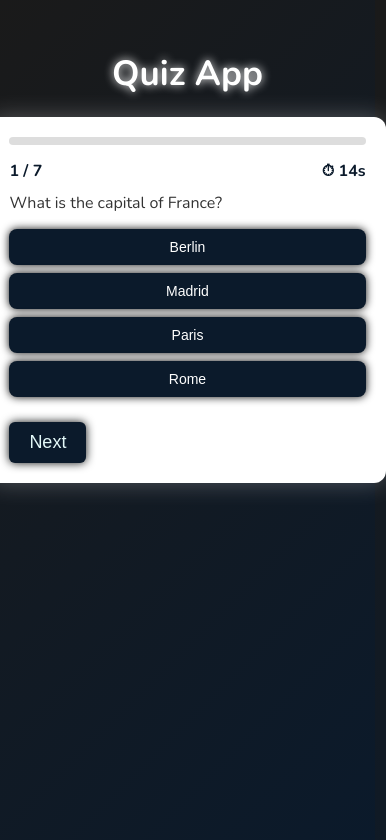
Repository: fatimaqueen9967-eng/SyntacexhubQuizApp
Page: index.html
The author's editor kept a copy of each file at every save. The page is drawn from the files as they stood at one save, then again after a run of saves.
The browser window is 375 px wide. The page is 386 px wide, then 384 px, so the pictures cover 386 px, including what lies to the right of the window. The pictures show the whole page.
After loading, the first visible `#startBtn` was clicked once.

Above is the page before, as saved 2026-03-15 21:52:05.

### index.html
<!DOCTYPE html>
<html lang="en">
<head>
<meta charset="UTF-8">
<meta name="viewport" content="width=device-width, initial-scale=1.0">
<title>Quiz App</title>
<link rel="stylesheet" href="style.css">
</head>

<body>

<h1 class="title">Quiz App</h1>

<!-- START SCREEN -->

<div id="startScreen" class="start-screen">

<h2>Welcome to the Quiz</h2>

<p>Total Questions: <span id="totalQ"></span></p>
<p>Time per Question: 15 seconds</p>

<button id="startBtn">Start Quiz</button>

</div>

<!-- QUIZ BOX -->

<div class="box hidden">

<div class="progress-bar">
<div id="progress"></div>
</div>

<div class="top-bar">
<span id="counter"></span>
<span id="timer">⏱ 15s</span>
</div>

<div id="question"></div>

<div id="options" class="options"></div>

<div id="answer-info"></div>

<button id="nextBtn">Next</button>

</div>

<!-- RESULT -->

<div id="result" class="result-box hidden">

<div class="circle">
<span id="scorePercent">0%</span>
</div>

<h2>Quiz Result</h2>

<p id="correct"></p>
<p id="wrong"></p>

<button onclick="location.reload()" style="background-color: #f2eff5; color: rgb(8, 8, 8); padding: 10px 20px; border: none; border-radius: 6px; cursor: pointer; font-size: 18px; box-shadow: 0 0 10px rgba(243, 241, 241, 0.3);">Restart Quiz</button>

</div>

<script src="script.js"></script>

</body>
</html>

### style.css

@import url('https://fonts.googleapis.com/css2?family=Nunito:wght@400;600;700;800;900&display=swap');
body{
/* background:linear-gradient(135deg,#89039b,#83005c); */
background: linear-gradient(135deg, #1a1a1a, #0b1a2b);
/* #1a1a1a = dark gray, #0b1a2b = navy */
font-family:Nunito;
display:flex;
flex-direction:column;
align-items:center;
/* justify-content:center; */
min-height:100vh;
margin:0;
color:white;
padding-top: 40px;
}

/* TITLE */

.title{
margin-bottom:20px;
text-shadow:0 0 10px white;
font-size: 50px;
}


/* START SCREEN */

.start-screen{
background:rgba(255,255,255,0.1);
padding:40px;
border-radius:15px;
text-align:center;
box-shadow:0 0 25px rgba(255,255,255,0.4);
backdrop-filter:blur(10px);
animation:fadeIn 1s;
}

.start-screen button{
padding:12px 25px;
border:none;
border-radius:8px;
background:#fff;
color:#0d0d0e;
font-size: 20px;
font-weight:bold;
cursor:pointer;
box-shadow:0 0 15px white;
transition:.3s;
}

.start-screen button:hover{
transform:scale(1.1);
}

/* QUIZ BOX */

.box{
background:white;
color:#333;
width:420px;
max-width:95%;
padding:20px;
border-radius:12px;
box-shadow:0 0 25px rgba(231, 229, 229, 0.3);
animation:fadeIn .5s;
}

.hidden{
display:none;
}

/* PROGRESS BAR */

.progress-bar{
width:100%;
height:8px;
background:#ddd;
border-radius:10px;
overflow:hidden;
margin-bottom:15px;
}

#progress{
height:100%;
width:0%;
/* background:linear-gradient(90deg,#81045c,#6e0169); */
background: linear-gradient(90deg, #121312, #072424);
transition:width .4s;
}

/* TOP BAR */

.top-bar{
display:flex;
justify-content:space-between;
margin-bottom:10px;
font-weight:bold;
}

/* QUESTION */

#question{
font-size:18px;
margin-bottom:15px;
}

/* OPTIONS */

.options button{
display:block;
width:100%;
padding:10px;
margin:8px 0;
border:none;
border-radius:8px;
/* background:#ce2cff; */
color:white;
cursor:pointer;
transition:.3s;
font-size: 20px;
background: #0b1a2b;
/* color: #39ff14;      */
box-shadow: 0 0 8px #0c0c0c;
}

.options button:hover{
transform:scale(1.05);
background:#f3f1f3;
color:#0b1a2b;
box-shadow: 0 0 15px #0c0c0c;
}

/* ANSWERS */

.correct{
background:#1e436d !important;
/* color: #39ff14 !important; */
color: #e3f8f8 !important;
}

.wrong{
background:#e74c3c !important;
}

/* CORRECT ANSWER TEXT */

#answer-info{
margin-top:10px;
font-weight:bold;
color:#0b1a2b;
font-size: 20px;
}

/* NEXT BUTTON */

#nextBtn{
margin-top:15px;
padding:10px 20px;
background:#0b1a2b;
color: #e3f8f8;
  box-shadow: 0 0 10px #111313;

border:none;
border-radius:6px;
cursor:pointer;
font-size: 18px;
}
#nextBtn:hover {
  box-shadow: 0 0 20px #272526;
}


/* RESULT */

.result-box{
text-align:center;
background:rgb(8, 8, 8);
color:#f7f4f4;
padding:30px;
font-size: 18px;
border-radius:12px;
width:350px;
max-width:90%;
box-shadow:0 0 25px rgba(0,0,0,0.3);
}

.circle{
width:150px;
height:150px;
border-radius:50%;
border:12px solid #f0eff1;
display:flex;
align-items:center;
justify-content:center;
font-size:28px;
font-weight:bold;
margin:20px auto;
animation:pop .6s;
border: 10px solid #15142e;
  color: #eef3f3;
  box-shadow: 0 0 15px #f8f6f6;
}
#timer, #counter {
  /* color: #b514ff; */
 color: #0b1a2b;
}

/* ANIMATIONS */

@keyframes pop{
from{transform:scale(.5);opacity:0}
to{transform:scale(1)}
}

@keyframes fadeIn{
from{opacity:0;transform:translateY(20px)}
to{opacity:1}
}

/* RESPONSIVE */

@media(max-width:600px){

.box{
padding:20px;
}
.title{
font-size:35px;
margin-top: 10px;
}


#question{
font-size:16px;
}

.options button{
font-size:14px;
}

.circle{
width:120px;
height:120px;
font-size:22px;
}

}

### script.js
// Quiz Data
const quizData=[
{
question:"What is the capital of France?",
options:["Berlin","Madrid","Paris","Rome"],
answer:"Paris"
},
{
question:"Full form of HTML?",
options:["Hyper Text Markup Language","High Text Markup Language","Hyper Text Market Language","None"],
answer:"Hyper Text Markup Language"
},
{
question:"Founder of Microsoft?",
options:["Steve Jobs","Bill Gates","Mark Zuckerberg","Elon Musk"],
answer:"Bill Gates"
},
{
question:"Why do we use CSS?",
options:["To structure the content","To style the content","To add interactivity"],
answer:"To style the content"
},
{
question:"DOM stands for?",
options:["Document Object Model","Data Object Model","Document Oriented Model","Data Oriented Model"],
answer:"Document Object Model"
},
{
question:"What does CreateElement do in JavaScript?",
options:["Creates a new HTML element","Deletes an HTML element","Updates an HTML element"],
answer:"Creates a new HTML element"
},
{
question:"What is Bootstrap?",
options:["A CSS framework","A JavaScript library","A Python framework"],
answer:"A CSS framework"
}
]

// DOM Elements
let currentQuestion=0
let score=0
let wrong=0
let timer
let timeLeft=15

const startBtn=document.getElementById("startBtn")
const startScreen=document.getElementById("startScreen")
const totalQ=document.getElementById("totalQ")
const counter=document.getElementById("counter")

const questionEl=document.getElementById("question")
const optionsEl=document.getElementById("options")
const nextBtn=document.getElementById("nextBtn")
const timerEl=document.getElementById("timer")
const progress=document.getElementById("progress")
const answerInfo=document.getElementById("answer-info")

// Show total questions on start screen
totalQ.innerText=quizData.length

// Start Quiz
startBtn.onclick=()=>{
    startScreen.classList.add("hidden")
    document.querySelector(".box").classList.remove("hidden")
    loadQuestion()
}

// Load Question
function loadQuestion(){
    clearInterval(timer)
    timeLeft=15
    startTimer()

    let q=quizData[currentQuestion]
    questionEl.innerText=q.question
    optionsEl.innerHTML=""
    answerInfo.innerHTML=""

    // Progress bar
    progress.style.width=(currentQuestion/quizData.length)*100+"%"

    // Question counter
    counter.innerText=(currentQuestion+1)+" / "+quizData.length

    // Options buttons
    q.options.forEach(option=>{
        let btn=document.createElement("button")
        btn.innerText=option
        btn.onclick=()=>selectAnswer(btn,option,q.answer)
        optionsEl.appendChild(btn)
    })
}

// Timer Function
function startTimer(){
    timerEl.innerText="⏱ "+timeLeft+"s"
    timer=setInterval(()=>{
        timeLeft--
        timerEl.innerText="⏱ "+timeLeft+"s"
        if(timeLeft<=0){
            clearInterval(timer)
            showCorrectAnswer()
        }
    },1000)
}

// Select Answer
function selectAnswer(button,option,correct){
    clearInterval(timer)
    let buttons=document.querySelectorAll(".options button")
    buttons.forEach(btn=>btn.disabled=true)

    if(option===correct){
        button.classList.add("correct")
        score++
    }else{
        button.classList.add("wrong")
        wrong++
        showCorrectAnswer()
    }
}

// Show Correct Answer
function showCorrectAnswer(){
    let q=quizData[currentQuestion]
    let buttons=document.querySelectorAll(".options button")
    buttons.forEach(btn=>{
        if(btn.innerText===q.answer){
            btn.classList.add("correct")
        }
    })
    answerInfo.innerText="Correct Answer: "+q.answer
}

// Next Button
nextBtn.onclick=()=>{
    currentQuestion++
    if(currentQuestion<quizData.length){
        loadQuestion()
    }else{
        showResult()
    }
}

// Show Result
function showResult(){
    document.querySelector(".box").style.display="none"
    let result=document.getElementById("result")
    result.classList.remove("hidden")

    let percent=Math.round((score/quizData.length)*100)
    document.getElementById("scorePercent").innerText=percent+"%"
    document.getElementById("correct").innerText="Correct Answers: "+score
    document.getElementById("wrong").innerText="Wrong Answers: "+wrong
}

After the next 2 saves:
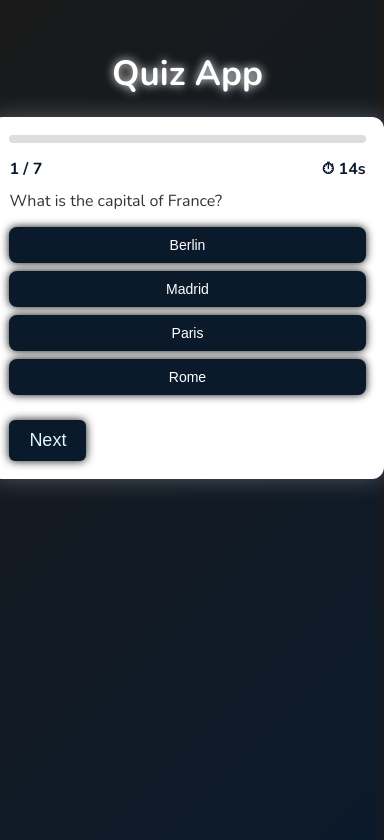
The 2 saves are shown as one change because they came seconds apart.
The last was saved 10 s later.
--- a/style.css
+++ b/style.css
@@ -223,7 +223,8 @@ to{opacity:1}
 @media(max-width:600px){
 
 .box{
-padding:20px;
+
+padding:18px;
 }
 .title{
 font-size:35px;
